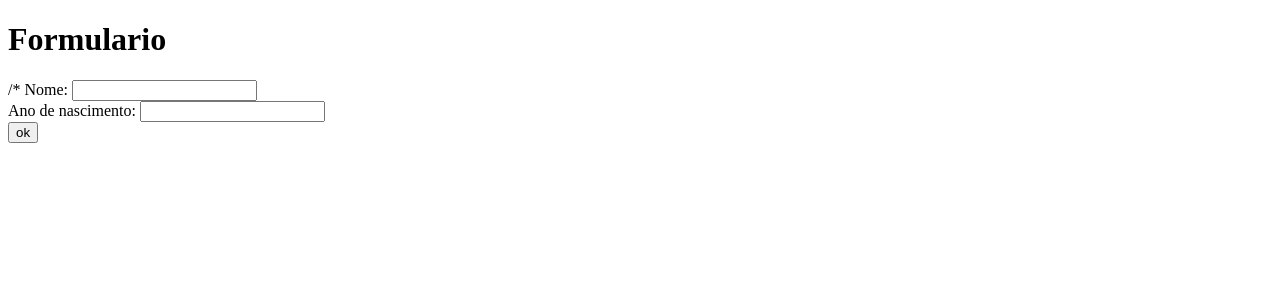
Repository: mduarte23/Sistemas_Informacao
Page: http://localhost/OlaMundo/formulario/resposta1.jsp
These files come from the project's save history. The page is drawn as it stood at one moment and after the next save; the edit follows.
The browser window is 1280 px wide. The pictures show the whole page.
The page is served by Tomcat 10.

Above is the page before, as saved 2024-08-14 22:45:52.

After the next save:
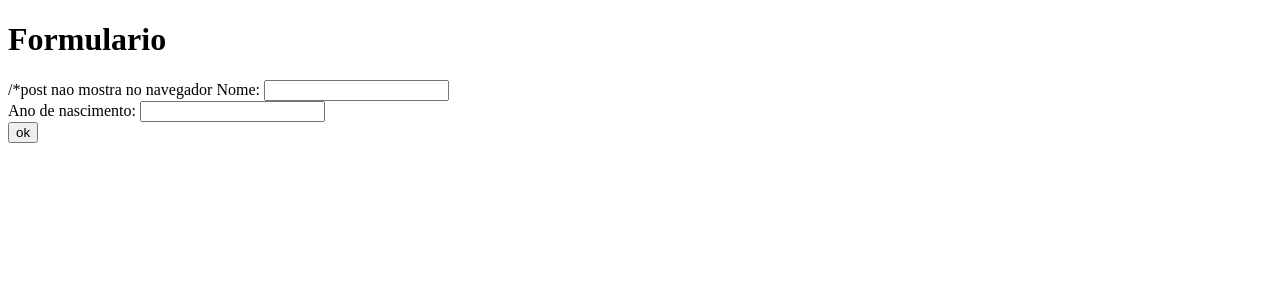
Saved 9 s later.
--- a/4_Periodo/Eclipse/OlaMundo/src/main/webapp/formulario/resposta1.jsp
+++ b/4_Periodo/Eclipse/OlaMundo/src/main/webapp/formulario/resposta1.jsp
@@ -10,7 +10,7 @@
 
 	<h1>Formulario</h1>
 
-	<form action="resposta.jsp" method="post">/*
+	<form action="resposta.jsp" method="post">/*post nao mostra no navegador
 		Nome:
 		<input type= "text" name = "nome"/>
 		<br/>
